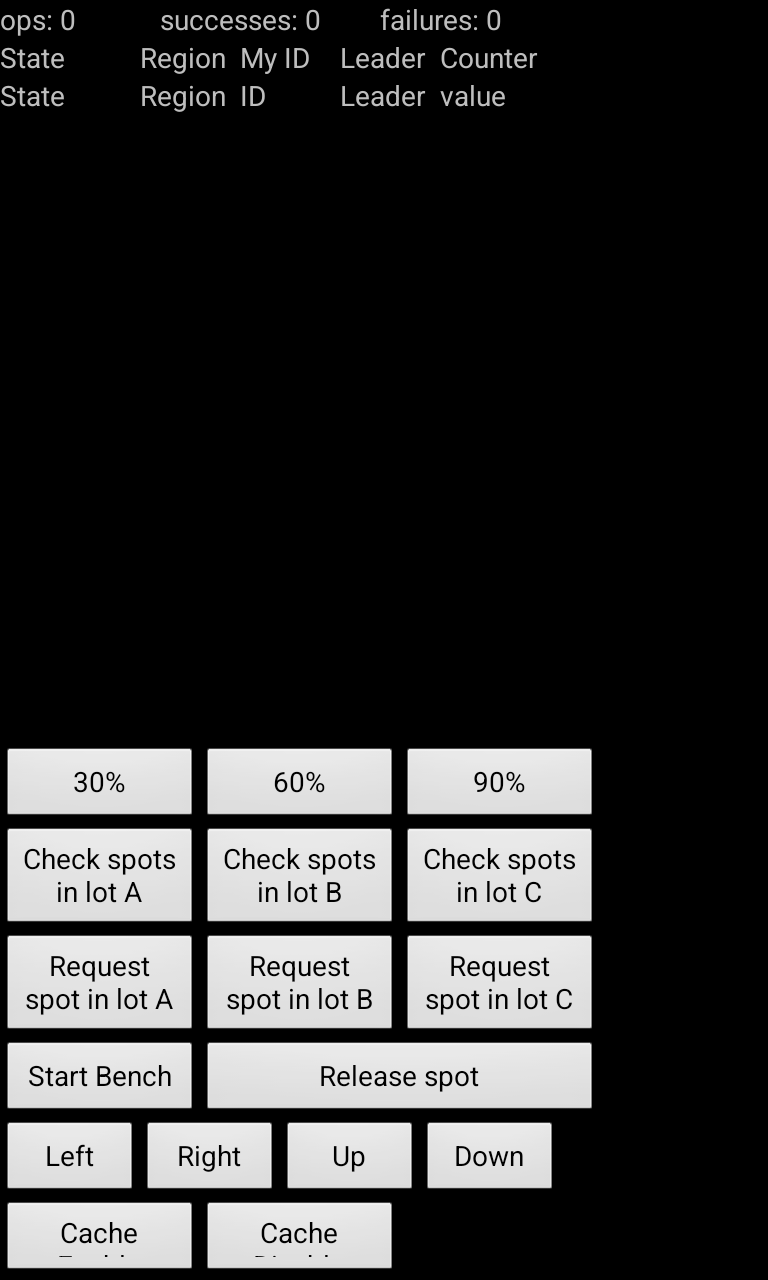
Repository: jasongao/csmcode
Layout: current/workspace/VNConsistent/res/layout/main.xml
These files come from the project's save history. The layout is drawn as it stood at one moment and after the next save; the edit follows.
It is drawn on a 768 x 1280 px phone screen (xhdpi) without system bars, with theme android:Theme; the app's code is not run. Lists and similar views that code fills are empty.

Above is the layout before, as saved 2011-07-14 21:37:00.

### current/workspace/VNConsistent/res/layout/main.xml
<?xml version="1.0" encoding="utf-8"?>
<LinearLayout xmlns:android="http://schemas.android.com/apk/res/android"
	android:orientation="vertical" android:layout_width="fill_parent"
	android:layout_height="fill_parent">

	<LinearLayout android:layout_width="match_parent"
		android:layout_height="wrap_content" android:id="@+id/CountInfoLayout">
		<TextView android:text="ops: 0" android:layout_height="wrap_content"
			android:id="@+id/opcount_tv" android:layout_width="80dip"></TextView>
		<TextView android:text="successes: 0" android:layout_height="wrap_content"
			android:id="@+id/successcount_tv" android:layout_width="110dip"></TextView>
		<TextView android:text="failures: 0" android:layout_height="wrap_content"
			android:id="@+id/failurecount_tv" android:layout_width="90dip"></TextView>
	</LinearLayout>

	<LinearLayout android:layout_width="match_parent"
		android:layout_height="wrap_content" android:id="@+id/StatusHeadingLayout">
		<TextView android:text="State" android:id="@+id/TextView04"
			android:layout_height="wrap_content" android:layout_width="70dip"></TextView>
		<TextView android:text="Region" android:layout_width="50dip"
			android:id="@+id/TextView03" android:layout_height="wrap_content"></TextView>
		<TextView android:text="My ID" android:layout_width="50dip"
			android:id="@+id/TextView01" android:layout_height="wrap_content"></TextView>
		<TextView android:layout_height="wrap_content"
			android:layout_width="50dip" android:text="Leader" android:id="@+id/TextView05"></TextView>
		<TextView android:text="Counter" android:layout_height="wrap_content"
			android:id="@+id/TextView06" android:layout_width="75dip"></TextView>
	</LinearLayout>
	<LinearLayout android:layout_width="match_parent"
		android:layout_height="wrap_content" android:id="@+id/StatusInfoLayout">
		<TextView android:text="State" android:layout_height="wrap_content"
			android:id="@+id/state_tv" android:layout_width="70dip"></TextView>
		<TextView android:text="Region" android:layout_height="wrap_content"
			android:layout_width="50dip" android:id="@+id/region_tv"></TextView>
		<TextView android:text="ID" android:layout_width="50dip"
			android:id="@+id/id_tv" android:layout_height="wrap_content"></TextView>
		<TextView android:layout_height="wrap_content"
			android:layout_width="50dip" android:text="Leader" android:id="@+id/leader_tv"></TextView>
		<TextView android:layout_height="wrap_content"
			android:layout_width="75dip" android:text="value" android:id="@+id/csm_tv"></TextView>
	</LinearLayout>

	<ListView android:id="@+id/msgList" android:layout_width="fill_parent"
		android:layout_height="fill_parent" android:stackFromBottom="true"
		android:transcriptMode="alwaysScroll" android:layout_weight="1">
	</ListView>

	<LinearLayout android:layout_width="fill_parent"
		android:orientation="horizontal" android:layout_height="wrap_content"
		android:id="@+id/SetDistributionLayout">
		<Button android:layout_width="100dip" android:text="30%"
			android:id="@+id/setdistribution30_button" android:layout_height="40dip"></Button>
		<Button android:layout_width="100dip" android:text="60%"
			android:id="@+id/setdistribution60_button" android:layout_height="40dip"></Button>
		<Button android:layout_width="100dip" android:text="90%"
			android:id="@+id/setdistribution90_button" android:layout_height="40dip"></Button>
	</LinearLayout>

	<LinearLayout android:layout_width="fill_parent"
		android:orientation="horizontal" android:layout_height="wrap_content"
		android:id="@+id/CheckSpotLayout">
		<Button android:layout_height="wrap_content"
			android:layout_width="100dip" android:text="Check spots in lot A"
			android:id="@+id/readparkingA_button"></Button>
		<Button android:layout_height="wrap_content"
			android:layout_width="100dip" android:text="Check spots in lot B"
			android:id="@+id/readparkingB_button"></Button>
		<Button android:layout_height="wrap_content"
			android:layout_width="100dip" android:text="Check spots in lot C"
			android:id="@+id/readparkingC_button"></Button>
	</LinearLayout>

	<LinearLayout android:layout_width="fill_parent"
		android:orientation="horizontal" android:layout_height="wrap_content"
		android:id="@+id/RequestSpotLayout">
		<Button android:layout_height="wrap_content"
			android:layout_width="100dip" android:text="Request spot in lot A"
			android:id="@+id/requestparkingA_button"></Button>
		<Button android:layout_height="wrap_content"
			android:layout_width="100dip" android:text="Request spot in lot B"
			android:id="@+id/requestparkingB_button"></Button>
		<Button android:layout_height="wrap_content"
			android:layout_width="100dip" android:text="Request spot in lot C"
			android:id="@+id/requestparkingC_button"></Button>
	</LinearLayout>

	<LinearLayout android:layout_width="fill_parent"
		android:orientation="horizontal" android:layout_height="wrap_content"
		android:id="@+id/RequestLayout">
		<Button android:layout_width="100dip" android:text="Start Bench"
			android:id="@+id/testcsm_button" android:layout_height="40dip"></Button>
		<Button android:layout_width="200dip" android:text="Release spot"
			android:id="@+id/releaseparking_button" android:layout_height="40dip"></Button>
	</LinearLayout>

	<LinearLayout android:layout_width="fill_parent"
		android:orientation="horizontal" android:layout_height="wrap_content"
		android:id="@+id/RegionButtonLayout">
		<Button android:text="Left" android:id="@+id/left_button"
			android:layout_width="70dip" android:layout_height="40dip"/>
		<Button android:text="Right" android:id="@+id/right_button"
			android:layout_width="70dip" android:layout_height="40dip"></Button>
		<Button android:text="Up" android:id="@+id/up_button"
			android:layout_width="70dip" android:layout_height="40dip"/>
		<Button android:text="Down" android:id="@+id/down_button"
			android:layout_width="70dip" android:layout_height="40dip"/>
	</LinearLayout>

	<LinearLayout android:layout_width="fill_parent"
		android:orientation="horizontal" android:layout_height="wrap_content"
		android:id="@+id/SetCacheLayout">
		<Button android:layout_width="100dip" android:text="Cache Enable"
			android:id="@+id/cacheenable_button" android:layout_height="40dip"></Button>
		<Button android:layout_width="100dip" android:text="Cache Disable"
			android:id="@+id/cachedisable_button" android:layout_height="40dip"></Button>
	</LinearLayout>

</LinearLayout>

After the next save:
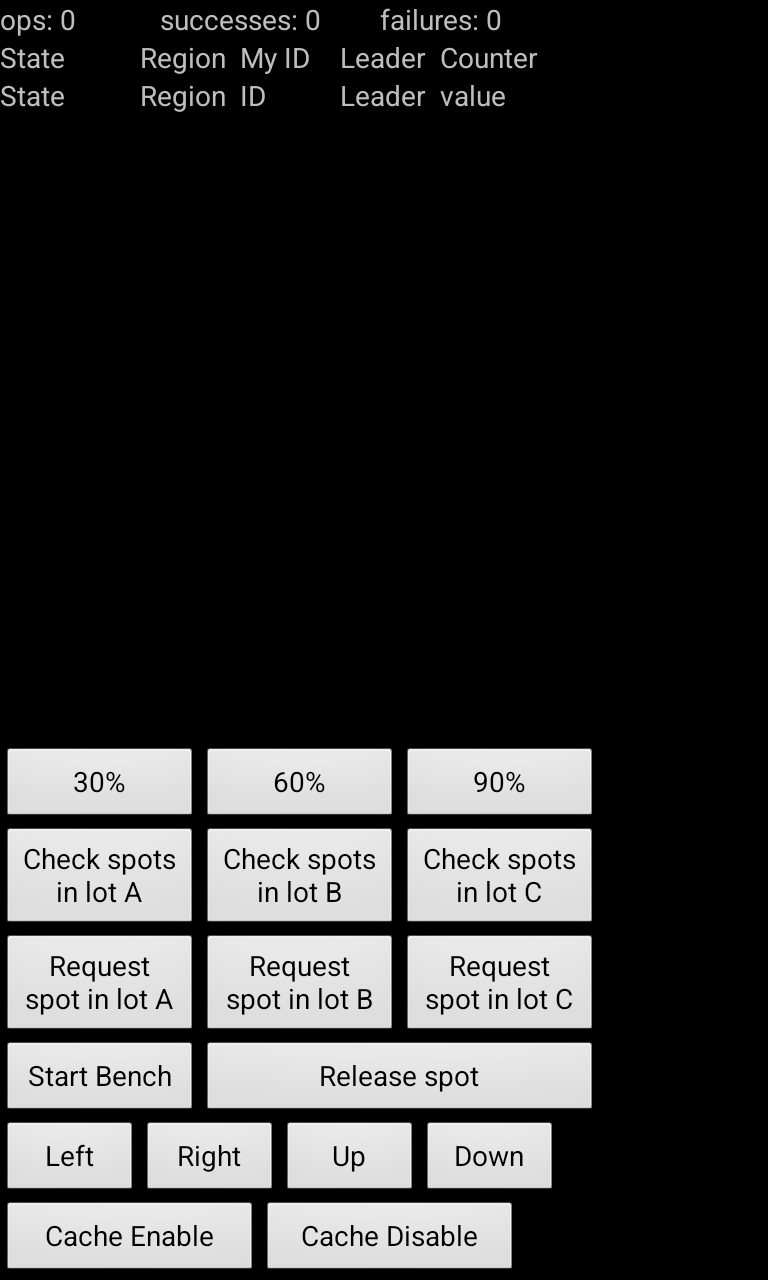
Saved 10 s later.
--- a/current/workspace/VNConsistent/res/layout/main.xml
+++ b/current/workspace/VNConsistent/res/layout/main.xml
@@ -109,9 +109,9 @@
 	<LinearLayout android:layout_width="fill_parent"
 		android:orientation="horizontal" android:layout_height="wrap_content"
 		android:id="@+id/SetCacheLayout">
-		<Button android:layout_width="100dip" android:text="Cache Enable"
+		<Button android:layout_width="130dip" android:text="Cache Enable"
 			android:id="@+id/cacheenable_button" android:layout_height="40dip"></Button>
-		<Button android:layout_width="100dip" android:text="Cache Disable"
+		<Button android:layout_width="130dip" android:text="Cache Disable"
 			android:id="@+id/cachedisable_button" android:layout_height="40dip"></Button>
 	</LinearLayout>
 
